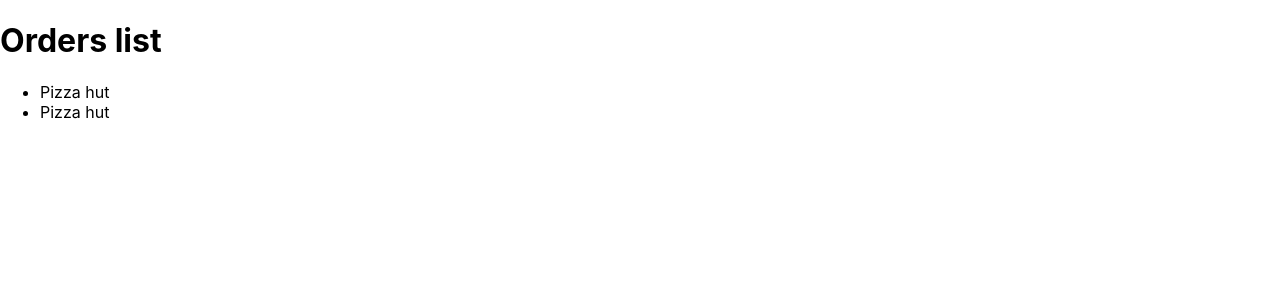
Repository: FS-23/react-navigation
Page: /menu/add
An editor plug-in stored every save of this project. The page is shown before and after the next save, followed by the edit.
The browser window is 1280 px wide. The pictures show the whole page.
The project was rebuilt for these pictures with package versions that can differ from the ones it lists, and the page was loaded fresh each time. Also part of the build but not shown: src/components/Article.js.

Above is the page before, as saved 2022-05-06 14:15:35.

### src/App.js

import OrderList from "./components/OrderList";
import Article from "./components/Article";
function App() {
  return (
    <div className="App">
        <OrderList />
    </div>
  );
}

export default App;

### src/components/OrderList.js
import { getOrders , addOrder} from '../API/orders'
import { useEffect, useState , useContext } from 'react'
function OrderList(){
    let [ orders , setOrders] = useState([])
    useEffect(()=> {
        addOrder({
            name: "Pizza hut",
            price: 12
        })
        // console.log('getOrders:', getOrders() )

        setOrders(getOrders())
    }, [orders])

    return (
        <>
           <h1>Orders list</h1>
           <div>
               <ul>
                 {
                    orders.map((order , index)=> <li key={index}>{order.name}</li>)
                 }
               </ul>
           </div>
        </>
    )
}

export default OrderList

### src/API/orders.js
const orders = [];

export function getOrders(){
    return orders
}

export function addOrder(obj){
    obj.id = orders.length + 1;
    orders.push(obj)
    return orders
}

export function getOrder(id){
    let order = orders.find((_order)=> _order.id == id)
    return order
}

export function changeOrderStatus(id, status){
    for(let order of orders){
        if(order.id == id) {
            order.status = status
            break
        }
    }

    return orders
    //   orders.forEach( order => {
    //       if(order.id == id) order.status = status
    //   })
}

export function removeOrder(id){
     orders.forEach( (order , index) => {
         if(order.id == id) orders.splice(index,1)
     })

     return orders
}

Loaded but not shown: public/index.html (common file); src/index.js (common file); src/index.css (common file)

After the next save:
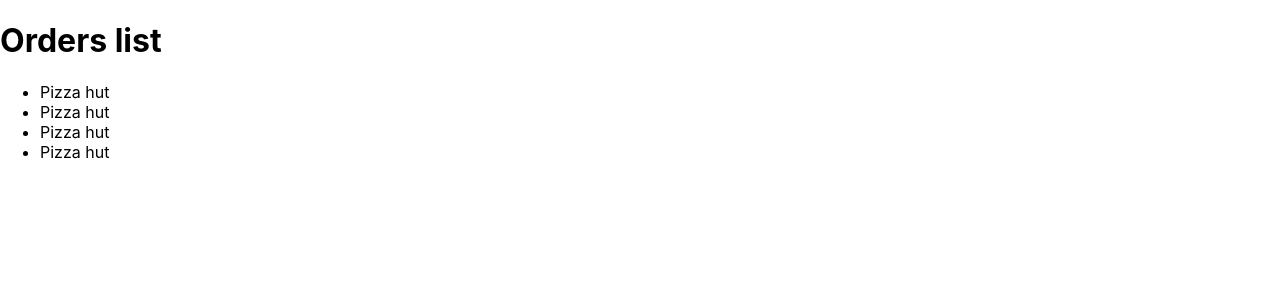
Saved 62 s later.
--- a/src/components/OrderList.js
+++ b/src/components/OrderList.js
@@ -3,6 +3,11 @@
 function OrderList(){
     let [ orders , setOrders] = useState([])
     useEffect(()=> {
+        addOrder({
+            name: "Pizza hut",
+            price: 12
+        })
+
         addOrder({
             name: "Pizza hut",
             price: 12
